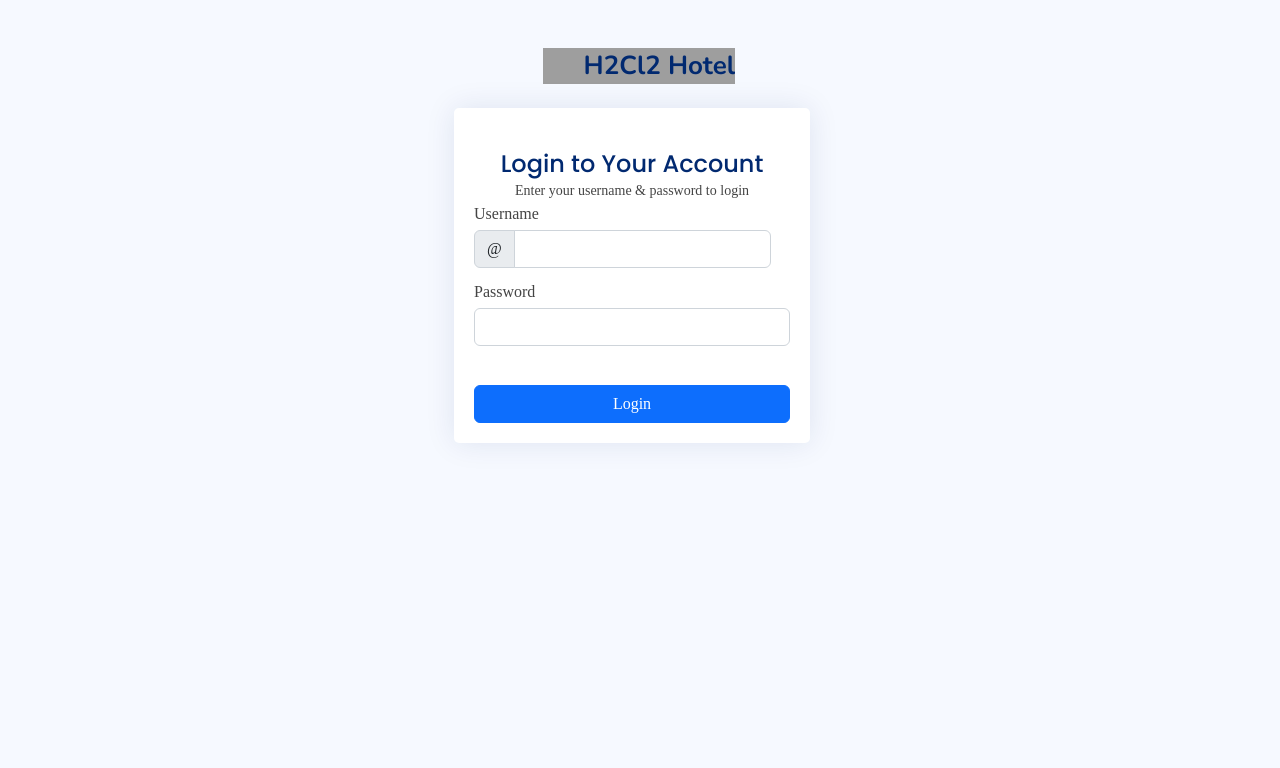
Repository: DAOVANLOI2K1/Project_Nh-m2
Page: / (app in my-app/)
An editor plug-in stored every save of this project. The page is shown before and after the next save, followed by the edit.
The browser window is 1280 px wide. The pictures show the whole page.
Pictures or frames that could not be fetched are drawn as grey boxes. Some web fonts or font styles are not loaded; a fallback is used. Some web libraries are served in a nearby version. The project was rebuilt for these pictures with package versions that can differ from the ones it lists, and the page was loaded fresh each time. A package was used in the major version that the imports need, not the one package.json lists. Some packages were replaced by stand-ins written for this rebuild. Also part of the build but not shown: my-app/src/App.css, my-app/src/Components/Guest/Guest.js, my-app/src/Components/Service/ServiceForm.js, my-app/src/Components/Service/ServiceEditForm.js, my-app/src/Components/Service/ServiceList.js, my-app/src/Components/Service/Service.js, my-app/src/Components/Account/FormAccount.js, my-app/src/Components/Account/AccountList.js and 16 more.

Above is the page before, as saved 2023-02-22 03:06:08.

### my-app/public/index.html
<!DOCTYPE html>
<html lang="en">
  <head>
    <meta charset="utf-8" />
    <link rel="icon" href="./img/logo.png" />
    <meta name="viewport" content="width=device-width, initial-scale=1" />
    <meta name="theme-color" content="#000000" />
    <meta
      name="description"
      content="Web site created using create-react-app"
    />
    <link rel="apple-touch-icon" href="./img/logo.png" />
    <!-- Google Fonts -->
    <link rel="stylesheet" href="https://cdnjs.cloudflare.com/ajax/libs/font-awesome/6.3.0/css/all.min.css" integrity="sha512-SzlrxWUlpfuzQ+pcUCosxcglQRNAq/DZjVsC0lE40xsADsfeQoEypE+enwcOiGjk/bSuGGKHEyjSoQ1zVisanQ==" crossorigin="anonymous" referrerpolicy="no-referrer" />
    <link href="https://fonts.gstatic.com" rel="preconnect">
    <link href="https://fonts.googleapis.com/css?family=Open+Sans:300,300i,400,400i,600,600i,700,700i|Nunito:300,300i,400,400i,600,600i,700,700i|Poppins:300,300i,400,400i,500,500i,600,600i,700,700i" rel="stylesheet">

    <link href="%PUBLIC_URL%/bootstrap/css/bootstrap.min.css" rel="stylesheet">
    <link href="%PUBLIC_URL%/bootstrap-icons/bootstrap-icons.css" rel="stylesheet">
    <link href="%PUBLIC_URL%/boxicons/css/boxicons.min.css" rel="stylesheet">
    <link href="%PUBLIC_URL%/quill/quill.snow.css" rel="stylesheet">
    <link href="%PUBLIC_URL%/quill/quill.bubble.css" rel="stylesheet">
    <link href="%PUBLIC_URL%/remixicon/remixicon.css" rel="stylesheet">
    <link href="%PUBLIC_URL%/simple-datatables/style.css" rel="stylesheet">
    <link rel="stylesheet" href="./css/common/reset.css">

    <!-- Template Main CSS File -->
    <link href="%PUBLIC_URL%/css/style.css" rel="stylesheet">
    <!--
      manifest.json provides metadata used when your web app is installed on a
      user's mobile device or desktop. See https://developers.google.com/web/fundamentals/web-app-manifest/
    -->
    <link rel="manifest" href="%PUBLIC_URL%/manifest.json" />
    <!--
      Notice the use of %PUBLIC_URL% in the tags above.
      It will be replaced with the URL of the `public` folder during the build.
      Only files inside the `public` folder can be referenced from the HTML.

      Unlike "/favicon.ico" or "favicon.ico", "%PUBLIC_URL%/favicon.ico" will
      work correctly both with client-side routing and a non-root public URL.
      Learn how to configure a non-root public URL by running `npm run build`.
    -->
    <title>H2CL2</title>
  </head>
  <body>
    <noscript>You need to enable JavaScript to run this app.</noscript>
    <div id="root"></div>
    <!--
      This HTML file is a template.
      If you open it directly in the browser, you will see an empty page.

      You can add webfonts, meta tags, or analytics to this file.
      The build step will place the bundled scripts into the <body> tag.

      To begin the development, run `npm start` or `yarn start`.
      To create a production bundle, use `npm run build` or `yarn build`.
    -->
    <!-- Vendor JS Files -->
    <!-- <script src="%PUBLIC_URL%/apexcharts/apexcharts.min.js"></script> -->
    <script src="%PUBLIC_URL%/bootstrap/js/bootstrap.bundle.min.js"></script>
    <!-- <script src="%PUBLIC_URL%/chart.js/chart.umd.js"></script>
    <script src="%PUBLIC_URL%/echarts/echarts.min.js"></script>
    <script src="%PUBLIC_URL%/quill/quill.min.js"></script>
    <script src="%PUBLIC_URL%/simple-datatables/simple-datatables.js"></script>
    <script src="%PUBLIC_URL%/tinymce/tinymce.min.js"></script>
    <script src="%PUBLIC_URL%/php-email-form/validate.js"></script> -->

    <!-- Template Main JS File -->
    <script src="%PUBLIC_URL%/js/main.js"></script>
  </body>
</html>

### my-app/public/simple-datatables/style.css
.dataTable-wrapper.no-header .dataTable-container {
	border-top: 1px solid #d9d9d9;
}

.dataTable-wrapper.no-footer .dataTable-container {
	border-bottom: 1px solid #d9d9d9;
}

.dataTable-top,
.dataTable-bottom {
	padding: 8px 10px;
}

.dataTable-top > nav:first-child,
.dataTable-top > div:first-child,
.dataTable-bottom > nav:first-child,
.dataTable-bottom > div:first-child {
	float: left;
}

.dataTable-top > nav:last-child,
.dataTable-top > div:last-child,
.dataTable-bottom > nav:last-child,
.dataTable-bottom > div:last-child {
	float: right;
}

.dataTable-selector {
	padding: 6px;
}

.dataTable-input {
	padding: 6px 12px;
}

.dataTable-info {
	margin: 7px 0;
}

/* PAGER */
.dataTable-pagination ul {
	margin: 0;
	padding-left: 0;
}

.dataTable-pagination li {
	list-style: none;
	float: left;
}

.dataTable-pagination a {
	border: 1px solid transparent;
	float: left;
	margin-left: 2px;
	padding: 6px 12px;
	position: relative;
	text-decoration: none;
	color: #333;
}

.dataTable-pagination a:hover {
	background-color: #d9d9d9;
}

.dataTable-pagination .active a,
.dataTable-pagination .active a:focus,
.dataTable-pagination .active a:hover {
	background-color: #d9d9d9;
	cursor: default;
}

.dataTable-pagination .ellipsis a,
.dataTable-pagination .disabled a,
.dataTable-pagination .disabled a:focus,
.dataTable-pagination .disabled a:hover {
	cursor: not-allowed;
}

.dataTable-pagination .disabled a,
.dataTable-pagination .disabled a:focus,
.dataTable-pagination .disabled a:hover {
	cursor: not-allowed;
	opacity: 0.4;
}

.dataTable-pagination .pager a {
	font-weight: bold;
}

/* TABLE */
.dataTable-table {
	max-width: 100%;
	width: 100%;
	border-spacing: 0;
	border-collapse: separate;
}

.dataTable-table > tbody > tr > td,
.dataTable-table > tbody > tr > th,
.dataTable-table > tfoot > tr > td,
.dataTable-table > tfoot > tr > th,
.dataTable-table > thead > tr > td,
.dataTable-table > thead > tr > th {
	vertical-align: top;
	padding: 8px 10px;
}

.dataTable-table > thead > tr > th {
	vertical-align: bottom;
	text-align: left;
	border-bottom: 1px solid #d9d9d9;
}

.dataTable-table > tfoot > tr > th {
	vertical-align: bottom;
	text-align: left;
	border-top: 1px solid #d9d9d9;
}

.dataTable-table th {
	vertical-align: bottom;
	text-align: left;
}

.dataTable-table th a {
	text-decoration: none;
	color: inherit;
}

.dataTable-sorter {
	display: inline-block;
	height: 100%;
	position: relative;
	width: 100%;
}

.dataTable-sorter::before,
.dataTable-sorter::after {
	content: "";
	height: 0;
	width: 0;
	position: absolute;
	right: 4px;
	border-left: 4px solid transparent;
	border-right: 4px solid transparent;
	opacity: 0.2;
}

.dataTable-sorter::before {
	border-top: 4px solid #000;
	bottom: 0px;
}

.dataTable-sorter::after {
	border-bottom: 4px solid #000;
	border-top: 4px solid transparent;
	top: 0px;
}

.asc .dataTable-sorter::after,
.desc .dataTable-sorter::before {
	opacity: 0.6;
}

.dataTables-empty {
	text-align: center;
}

.dataTable-top::after, .dataTable-bottom::after {
	clear: both;
	content: " ";
	display: table;
}

table.dataTable-table:focus tr.dataTable-cursor > td:first-child {
	border-left: 3px blue solid;
}

table.dataTable-table:focus {
	outline: solid 1px black;
    outline-offset: -1px;
}

### my-app/public/css/Login.css
/* Importing fonts from Google */
@import url('https://fonts.googleapis.com/css2?family=Poppins:wght@300;400;500;600;700;800;900&display=swap');

/* Reseting */
* {
    margin: 0;
    padding: 0;
    box-sizing: border-box;
}

body {
    background: #ecf0f3;
}

.wrapper {
    max-width: 400px;
    min-height: 540px;
    margin: 40px auto;
    padding: 40px 30px 30px 30px;
    background-color: #ecf0f3;
    border-radius: 15px;
    box-shadow: 13px 13px 20px #cbced1, -13px -13px 20px #fff;
}

.wrapper .brand {
    font-weight: 600;
    font-size: 1.4rem;
    letter-spacing: 1.3px;
    padding-left: 10px;
    color: #555;
}

.wrapper .form-field input {
    width: 100%;
    display: block;
    border: none;
    outline: none;
    background: none;
    font-size: 1.2rem;
    color: #666;
    padding: 10px 15px 10px 10px;
    /* border: 1px solid red; */
}

.wrapper .form-field {
    padding-left: 10px;
    margin-bottom: 20px;
    border-radius: 20px;
    box-shadow: inset 8px 8px 8px #cbced1, inset -8px -8px 8px #fff;
}

.wrapper .btn {
    box-shadow: none;
    width: 100%;
    height: 40px;
    background-color: #03A9F4;
    color: #fff;
    border-radius: 25px;
    box-shadow: 3px 3px 3px #b1b1b1,
        -3px -3px 3px #fff;
    letter-spacing: 1.3px;
}

.wrapper .btn:hover {
    background-color: #039BE5;
}

.wrapper a {
    text-decoration: none;
    font-size: 0.8rem;
    color: #03A9F4;
}

.wrapper a:hover {
    color: #007db7;
}

@media(max-width: 380px) {
    .wrapper {
        margin: 30px 20px;
        padding: 40px 15px 15px 15px;
    }
}
.active{
    border: 1px solid red;
}

### my-app/public/css/Service.css
.table-box{
    width: 1010px;
    margin-top: 20px;
    height: 420px;
    overflow-x: scroll;
}
.table-box::-webkit-scrollbar{
    width: 5px;
}
.container{
    transform: translateX(-10px);
}

### my-app/public/css/Bill.css
#billGrid{
    margin-top: 20px;
}

### my-app/public/css/HomePage.css
@import url("./common/Slideshow.css");
.number-text, .prev, .next{
    display:  none;
}
.slide, .dot{
    border: unset;
}

### my-app/public/css/common/button.css

.ms-btn {
    margin: 10px;
    height: 40px;
    padding: 0 24px;
    color: #fff;
    background-color: #019160;
    border-radius: 4px;
    font-size: 13px;
    align-items: center;
    border: none;
    cursor: pointer;
    min-width: 100px;
}
.ms-btn_icon {
    padding: 0 16px;
    margin-right: 0;
}

.ms-btn_icon > .icon{
    margin-right: 8px;
}

### my-app/public/css/common/common.css
body *{
    font-family: GoogleSans-Bold;
    box-sizing: border-box;
}

@font-face {
    font-family: GoogleSans-Bold;
    src: url(../../asset/font/GoogleSans-Bold.otf);
}
@font-face {
    font-family: GoogleSans-Medium;
    src: url(../../asset/font/GoogleSans-Medium.otf);
}
@font-face {
    font-family: GoogleSans-Regular;
    src: url(../../asset/font/GoogleSans-Regular.otf);
}

.container {
    width: 100vw;
    height: 100vh;
}

.flex_center {
    display: flex;
    align-items: center;
    justify-content: center;
}
textarea.form_input{
    height: 120px;
}
.col-lg-8{
    width: 90%;
}

### my-app/public/css/common/input.css
.ms-input {
    outline: none;
    padding-left: 16px;
    height: 40px;
    border: 1px solid #bbb;
    border-radius: 4px;
    width: 200px;
    font-size: 13px;
    color: #000;
}

input.validateForm {
    border: 1px solid red;
}

### my-app/public/css/common/navPaging.css
.pagination li{
    padding: 10px 15px;
    margin: 0 10px;
    border-radius: 50%;
    border: 1px solid #ccc;
}
.pagination li:first-child, .pagination li:last-child{
    border-radius: 30%;
}
.pagination li a{
    color: black;
}
.pagination li:hover {
    background-color: #bbb;
}
.pagination li.active {
    background-color: #019160;
}

### my-app/public/css/common/FormGuest.css
.form {
    width: 800px;
    height: calc(100% - 10px);
    background-color: white;
    position: relative;
    border-radius: 4px;
}
.form_closeicon {
    width: 36px;
    height: 36px;
    position: absolute;
    top: 0;
    right: 0;
    background-color: #cccccc2f;
    font-size: 24px;
    border-radius: inherit;
    cursor: pointer;
}
.form_header {
    width: 100%;
    height: 24px;
    font-size: 24px;
    margin-bottom: 24px;
    text-transform: uppercase;
}
.form_content {
    display: flex;
    align-items: stretch;
}
.form_content, .form_header {
    padding: 24px 24px 0 24px;
}
.form_content-right {
    width: 100%;
    overflow-y: auto;
    height: 510px;
}
.form_content-right::-webkit-scrollbar {
    display: none;
}
.common_infor {
    margin-bottom: 16px;
}
.common_infor label, .work_infor label {
    font-size: 14px;
}
.infor_form {
    display: flex;
    width: 100%;
}
.infor_form-left, .infor_form-right {
    display: flex;
    flex-direction: column;
    width: 100%;
}
.infor_form-left {
    margin-right: 10px;
}
.form_input {
    width: 100%;
    margin-top: 4px;
    margin-bottom: 16px;
}
.infor-title {
    padding-bottom: 16px;
    margin-bottom: 10px;
    position: relative;
    text-transform: uppercase;
}
.infor-title::before {
    content: "";
    position: absolute;
    left: 0;
    bottom: 0;
    width: 100px;
    height: 5px;
    background-color: #019160;
}
.form_footer {
    position: absolute;
    justify-content: end;
    background-color: #cccccc2f;
    height: 70px;
    bottom: 0;
    width: 100%;
    border-radius: inherit;
    padding: 0 24px;
}
.cancel_btn {
    background-color: transparent;
    color: inherit;
}
.select_option {
    height: 40px;
    border-radius: 4px;
    border: 1px solid #bbb;
    width: 100%;
    margin-top: 4px;
    margin-bottom: 16px;
    padding-left: 12px;
    outline: none;
}

### my-app/public/css/common/Slideshow.css
.lp-slideshow,
.lp-slideshow * {
  box-sizing: border-box;
  -moz-box-sizing: border-box;
  -webkit-box-sizing: border-box;
}

.lp-slideshow {
  width: 100%;
}

.lp-slideshow>.container {
  position: relative;
  margin: auto;
  width: 100%;
}

.lp-slideshow>.container>.slide {
  width: 100%;
  height: 100%;
  position: absolute;
  margin: auto;
  opacity: 0;
  transition: opacity 0.6s ease;
  -webkit-transition: opacity 0.6s ease;
  -moz-transition: opacity 0.6s ease;
  -o-transition: opacity 0.6s ease;
}

.lp-slideshow>.container>.slide.active {
  opacity: 1;
}

.lp-slideshow>.container>.slide>.image {
  width: 100%;
  height: 100%;
  object-fit: cover
}

.lp-slideshow>.container>.slide>.number-text {
  color: #fff;
  font-size: 1rem;
  padding: 8px 12px;
  position: absolute;
  top: 0;
}

.lp-slideshow>.container>.slide>.caption-text {
  color: #fff;
  font-size: 1.3rem;
  padding: 8px 12px;
  position: absolute;
  bottom: 0px;
  width: 100%;
  text-align: center;
  background-color: rgba(0, 0, 0, 0.2);
}

.lp-slideshow>.container>.prev,
.lp-slideshow>.container>.next {
  cursor: pointer;
  position: absolute;
  top: 50%;
  width: auto;
  margin-top: -22px;
  padding: 16px;
  font-size: 18px;
  background-color: rgba(0, 0, 0, 0);
  color: #fff;
  font-weight: bold;
  transition: background-color 0.6s ease;
  -webkit-transition: background-color 0.6s ease;
  -moz-transition: background-color 0.6s ease;
  -o-transition: background-color 0.6s ease;
}

.lp-slideshow:hover>.container>.prev,
.lp-slideshow:hover>.container>.next {
  background-color: rgba(0, 0, 0, 0.2);
}

.lp-slideshow:hover>.container>.prev:hover,
.lp-slideshow:hover>.container>.next:hover {
  background-color: rgba(0, 0, 0, 0.8);
}

.lp-slideshow>.container>.next {
  right: 0;
  border-radius: 3px 0 0 3px;
}

.lp-slideshow>.container>.prev {
  left: 0;
  border-radius: 0 3px 3px 0;
}

.lp-slideshow>.dot-container {
  text-align: center;
  margin: 1rem auto;
}

.lp-slideshow>.dot-container>.dot {
  height: 15px;
  width: 15px;
  margin: 0 0.4rem;
  background-color: #bbb;
  border-radius: 50%;
  display: inline-block;
  transition: background-color 0.6s ease;
  -webkit-transition: background-color 0.6s ease;
  -moz-transition: background-color 0.6s ease;
  -o-transition: background-color 0.6s ease;
}

.lp-slideshow>.dot-container>.dot.active,
.lp-slideshow>.dot-container>.dot:hover {
  background-color: rgb(0, 153, 255);
}

.lp-slideshow>.dot-container>.dot:not(.active):hover {
  cursor: pointer;
}

Loaded but not shown: my-app/src/index.js (common file); my-app/src/index.css (common file); my-app/src/reportWebVitals.js (common file); my-app/public/bootstrap/css/bootstrap.min.css (library); my-app/public/bootstrap-icons/bootstrap-icons.css (library); my-app/public/boxicons/css/boxicons.min.css (library); my-app/public/css/common/reset.css (common file); my-app/public/bootstrap/js/bootstrap.bundle.min.js (library); my-app/public/js/main.js (320 lines, source omitted); my-app/src/Components/Login.js (137 lines, source omitted); my-app/src/App.js (39 lines, source omitted); my-app/public/remixicon/remixicon.css (2316 lines, source omitted); my-app/public/quill/quill.bubble.css (952 lines, source omitted); my-app/public/quill/quill.snow.css (945 lines, source omitted); my-app/public/css/style.css (1274 lines, source omitted); my-app/public/css/Guest.css (329 lines, source omitted)

After the next save:
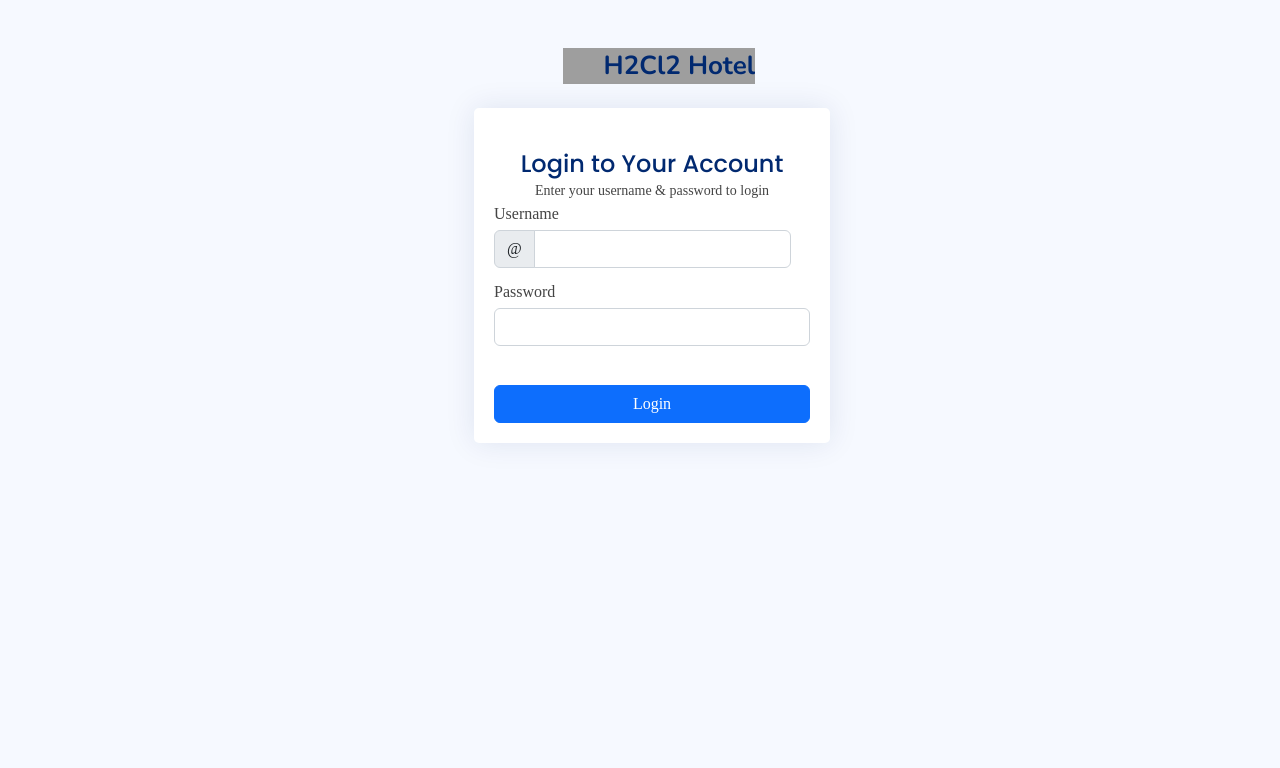
Saved 23 s later.
--- a/my-app/public/css/Service.css
+++ b/my-app/public/css/Service.css
@@ -1,4 +1,4 @@
-.table-box{
+/* .table-box{
     width: 1010px;
     margin-top: 20px;
     height: 420px;
@@ -9,4 +9,4 @@
 }
 .container{
     transform: translateX(-10px);
-}
+} */

After the save that followed:
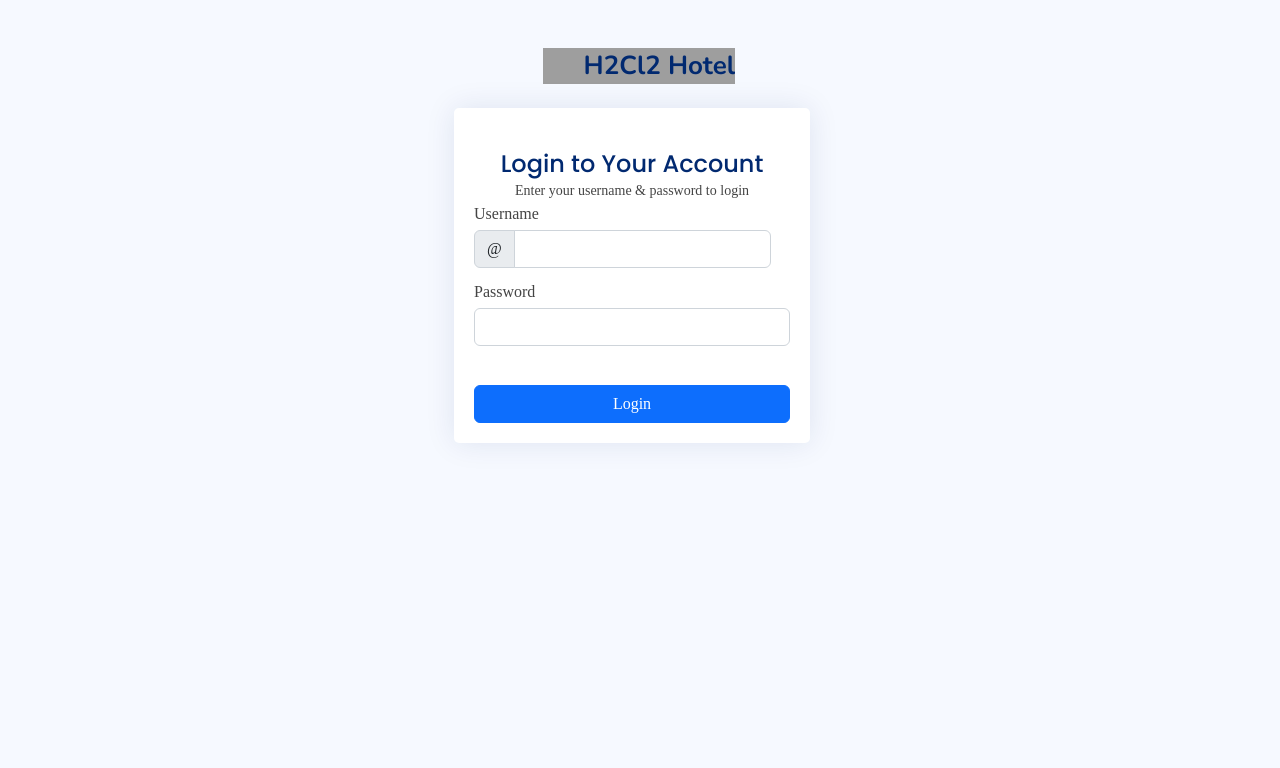
Saved 48 s later.
--- a/my-app/public/css/Service.css
+++ b/my-app/public/css/Service.css
@@ -1,4 +1,4 @@
-/* .table-box{
+.table-box{
     width: 1010px;
     margin-top: 20px;
     height: 420px;
@@ -9,4 +9,4 @@
 }
 .container{
     transform: translateX(-10px);
-} */
+}
